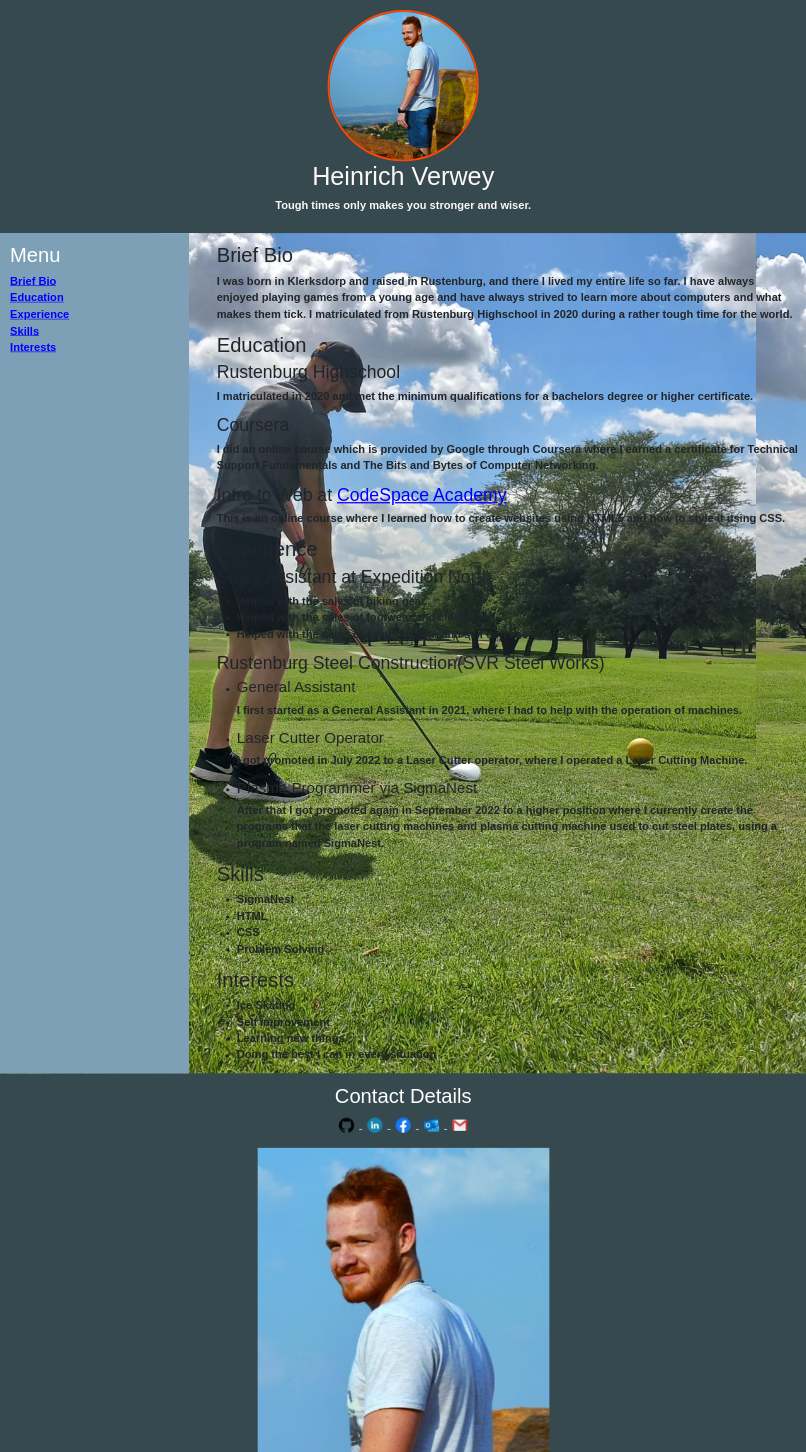
Repository: W3asl3y/IntroToWebDesign
Page: index.html
These files come from the project's save history. The page is drawn as it stood at one moment and after the next save; the edit follows.
The browser window is 1280 px wide. The pictures show the whole page, at 63% of full size.

Above is the page before, as saved 2022-12-07 21:33:10.

After the next save:
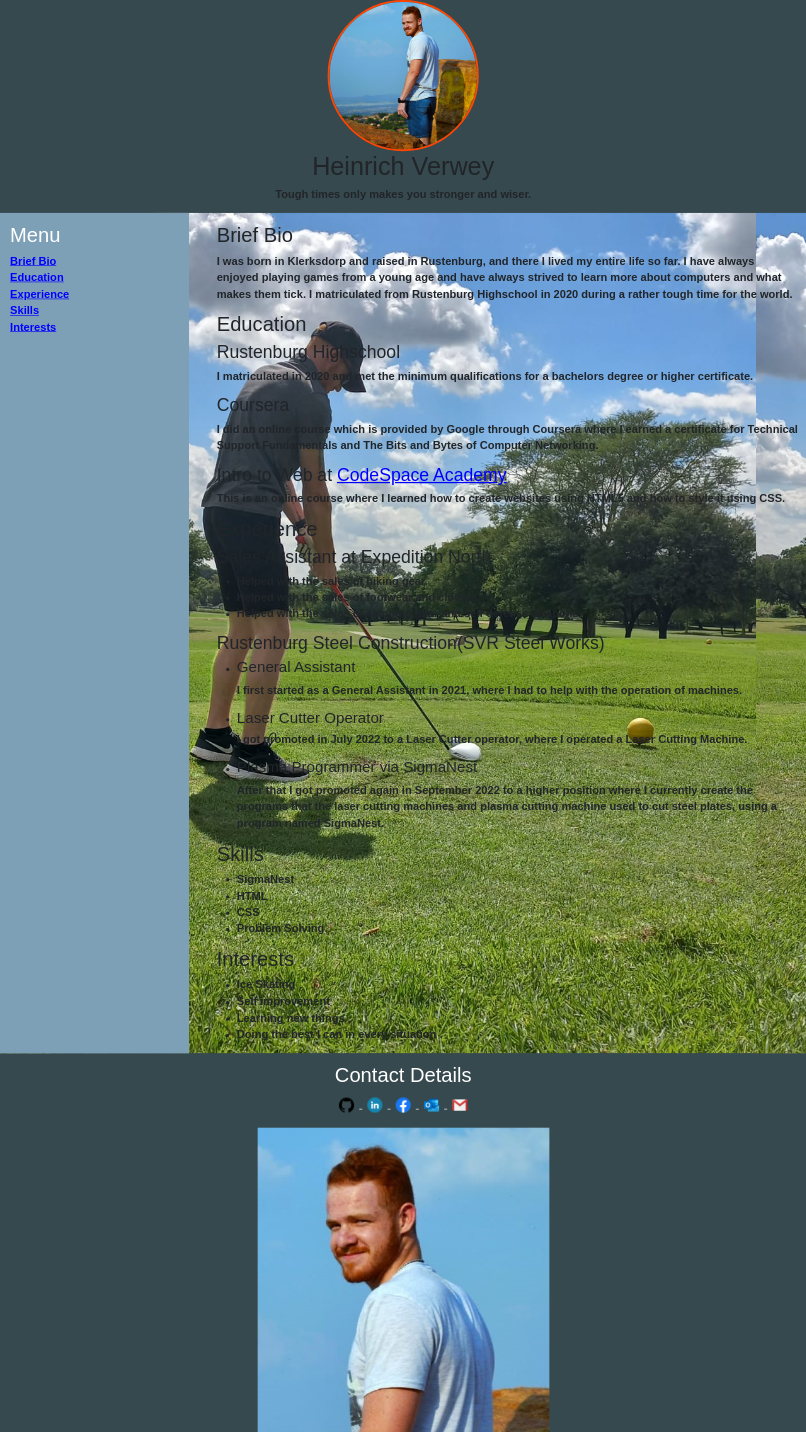
Saved 43 s later.
--- a/CSS/stylesheet.css
+++ b/CSS/stylesheet.css
@@ -21,12 +21,7 @@
      overflow: unset;
 }
 
-header {
-     text-align: center;
-    -webkit-text-fill-color: #FCF7F8;
-     background-color: #36494e;
-     padding: 1rem;
-}
+
 
 
 

After the save that followed:
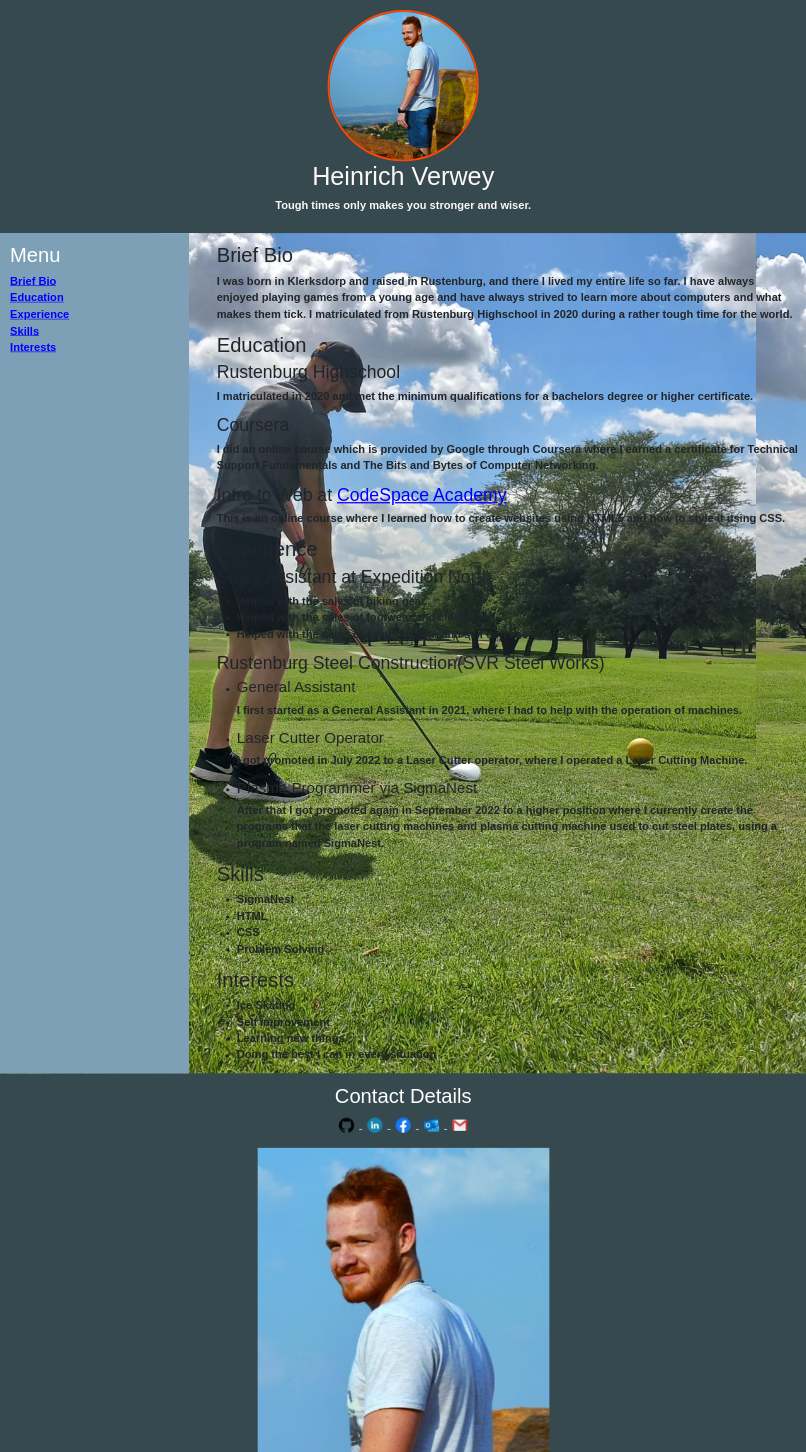
Saved 9 s later.
--- a/CSS/stylesheet.css
+++ b/CSS/stylesheet.css
@@ -21,7 +21,12 @@
      overflow: unset;
 }
 
-
+header {
+     text-align: center;
+    -webkit-text-fill-color: #FCF7F8;
+     background-color: #36494e;
+     padding: 1rem;
+}
 
 
 
